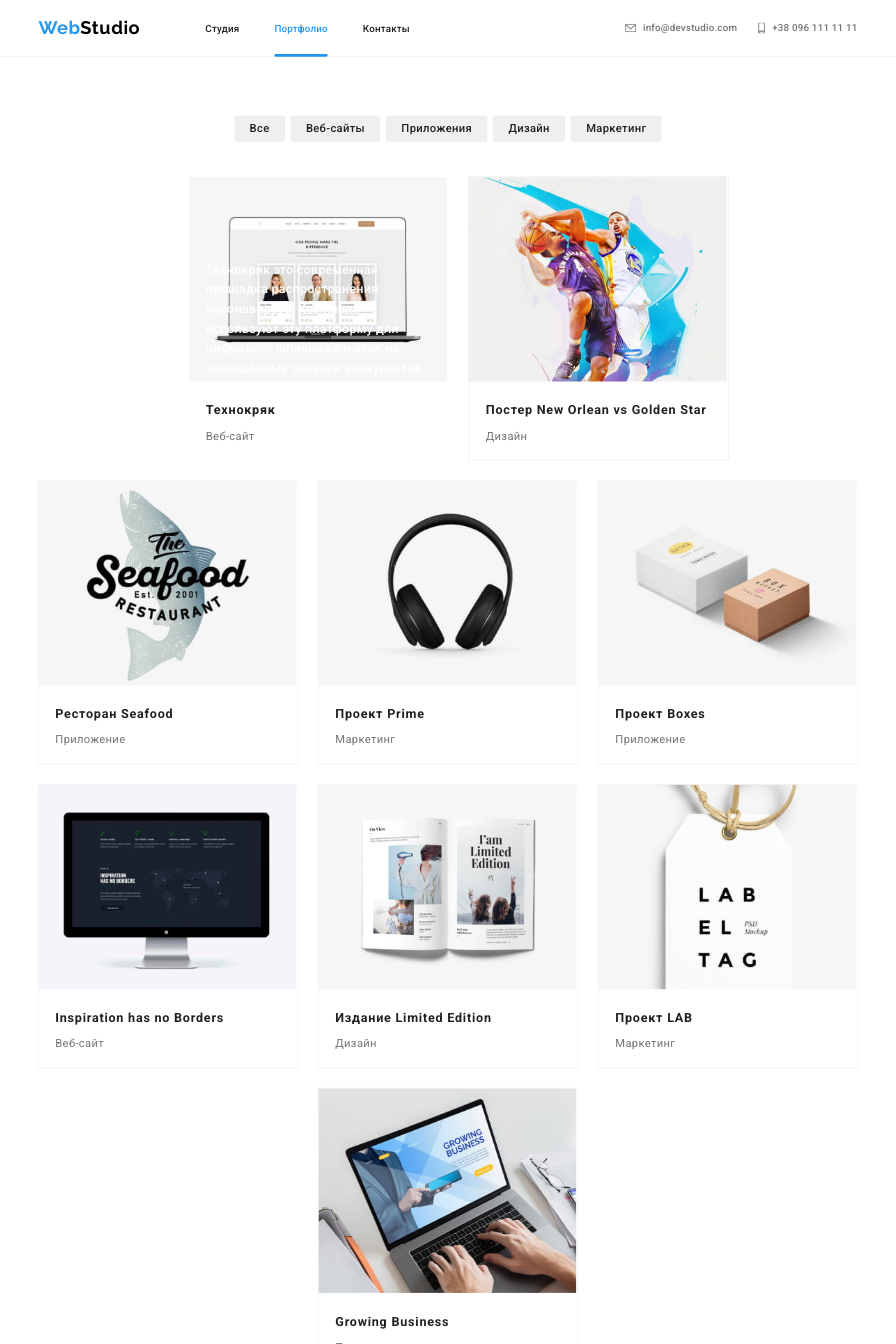
Repository: UliyaKucherernko/home-work-8
Page: porfolio.html
These files come from the project's save history. The page is drawn as it stood at one moment and after the next save; the edit follows.
The browser window is 1280 px wide. The pictures show the part of the page from y = 0 to 1920 px (the page is 2303 px tall before and 4234 px after), at 70% of full size.

Above is the page before, as saved 2021-04-13 23:50:19.

### porfolio.html
<!DOCTYPE html>
<html lang="en">
<head>
    <!-- Служебная информация -->
    <meta charset="UTF-8">
    <meta http-equiv="X-UA-Compatible" content="IE=edge">
    <meta name="viewport" content="width=device-width, initial-scale=1.0">
    <title>homework5</title>
    <link rel="preconnect" href="https://fonts.gstatic.com">
    <link href="https://fonts.googleapis.com/css2?family=Raleway:wght@700&family=Roboto:wght@400;500;700;900&display=swap" rel="stylesheet">
    <link rel="stylesheet" href="./css/styles.css">
</head>
<body>

   <header class="header">
      <div class="container">
         <!-- Шапка -->
         <nav class="navigation">
            <a class="link logo-header" href="index.html">
               <span class="web">Web</span><span class="studio">Studio</span></a>
            <ul class="list menu">
               <li class="menu-item">
                  <a href="./index.html" class="link link-title menu-link">Студия</a>
               </li>
               <li class="menu-item">
                  <a href="./porfolio.html" class="link link-title menu-link current">Портфолио</a>
               </li>
               <li class="menu-item">
                  <a class="link link-title menu-link" href="">Контакты</a>
               </li>
            </ul>
         </nav>
         <ul class="list header-adress">
            <li class="contact-item">
               <a class="link contact-links menu-adress" href="mailto:info@devstudio.com">
                  <svg class="icon-header" width="16" height="12">
                     <use href="./images/icons-sprite.svg#icon-mail"></use>
                  </svg>
                  info@devstudio.com
               </a>
            </li>
            <li class="contact-item">
               <a class="link contact-links menu-adress" href="tel:+380961111111">
                  <svg class="icon-header" width="10" height="16">
                     <use href="./images/icons-sprite.svg#icon-phone"></use>
                  </svg>
                  +38 096 111 11 11
               </a>
            </li>
         </ul>
      </div>
   </header>

     <!--что входит в портфолио-->
    <main>
      <section class="gallery">
         <div class="container">
          <ul class="list gallery-btns">
              <li><button class="button-filtr" type="button">Все</button></li>
              <li><button class="button-filtr" type="button">Веб-сайты</button></li>
              <li><button class="button-filtr" type="button">Приложения</button></li>
              <li><button class="button-filtr" type="button">Дизайн</button></li>
              <li><button class="button-filtr" type="button">Маркетинг</button></li>
          </ul>

          <ul class="list grid gallery-list">
<article class="gallery-card"></article>
            <div class="gallery-thumb">
               <div class="gallery-overlay">
                  <p class="gallery-text-overlay">Технокряк это современная площадка распространения коронавируса.
                     Компании используют эту платформу для цифрового
                  шпионажа и атак на защищённые сервера конкурентов.</p>
               </div>
                <li class="gallery-item"><img src="./images/1-monitor.jpg" alt="на мониторе 3 фотокарточки людей" width="368">
                <div class="gallery-names">
                <h3 class="filtrs">Технокряк</h3>
                <p class="main-filtrs">Веб-сайт</p>
                </div>
                </li>
               </div>

                <li class="gallery-item"><img src="./images/2-nba.jpg" alt="2 прня играют в баскетбол" width="368">
                <div class="gallery-names">
                  <h3 class="filtrs">Постер New Orlean vs Golden Star</h3>
                  <p class="main-filtrs">Дизайн</p>
                  </div>
                </li>
                <li class="gallery-item"><img src="./images/3-seafood.jpg" alt="рыбный ресторан" width="368">
                <div class="gallery-names">
                  <h3 class="filtrs">Ресторан Seafood</h3>
                  <p class="main-filtrs">Приложение</p>
                </div>
                  </li>
                  <li class="gallery-item"><img src="./images/4-prime.jpg" alt="наушники" width="368">
                     <div class="gallery-names">
                        <h3 class="filtrs">Проект Prime</h3>
                        <p class="main-filtrs">Маркетинг</p>
                     </div>
                  </li>
                  <li class="gallery-item"><img src="./images/5-boxes.jpg" alt="2 коробки разного размера" width="368">
                     <div class="gallery-names">
                        <h3 class="filtrs">Проект Boxes</h3>
                        <p class="main-filtrs">Приложение</p>
                     </div>
                  </li>
                  <li class="gallery-item"><img src="./images/6-borders.jpg" alt="монитор борд с картой мира" width="368">
                     <div class="gallery-names">
                        <h3 class="filtrs">Inspiration has no Borders</h3>
                        <p class="main-filtrs">Веб-сайт</p>
                     </div>
                  </li>
                  <li class="gallery-item"><img src="./images/7-magazine.jpg" alt="журнал" width="368">
                     <div class="gallery-names">
                        <h3 class="filtrs">Издание Limited Edition</h3>
                        <p class="main-filtrs">Дизайн</p>
                     </div>
                  </li>
                  <li class="gallery-item"><img src="./images/8-labels.jpg" alt="белая этикетка бирка" width="368">
                     <div class="gallery-names">
                        <h3 class="filtrs">Проект LAB</h3>
                        <p class="main-filtrs">Маркетинг</p>
                     </div>
                  </li>
                  <li class="gallery-item"><img src="./images/9-nout.jpg" alt="печатают на ноуте" width="368">
                     <div class="gallery-names">
                        <h3 class="filtrs">Growing Business</h3>
                        <p class="main-filtrs">Приложение</p>
                     </div>
                  </li>
                  </ul>
           </div>
     </section>
    </main>

   <!--подвал-->
   <footer class="footer-dark-bg">
      <div class="container">
         <div class="grid">
            <div class="grid-item-3">
               <a class="link footer-logo" href="index.html">
                  <span class="web">Web</span><span class="studio-footer">Studio</span></a>
               <address>
                  <ul class="footer-list">
                     <li><a href="" class="link footer-adress">г. Киев, пр-т Леси Украинки, 26</a></li>
                     <li><a href="mailto:info@example.com" class="link footer-social">info@example.com</a></li>
                     <li><a href="+380991111111" class="link footer-social">+38 099 111 11 11</a></li>
                  </ul>
               </address>
            </div>

            <div class="grid-item-3">
               <div class="card-footer">
                  <p class="f-sleng">присоединяйтесь</p>
               </div>
               <ul class="d-inline-flex">
                  <li class="social-icon-item">
                     <a href="" class="social-icon-link foo-icon">
                        <svg>
                           <use href="./images/icons-sprite.svg#icon-instagram"></use>
                        </svg>
                     </a>
                  </li>
                  <li class="social-icon-item">
                     <a href="" class="social-icon-link foo-icon">
                        <svg>
                           <use href="./images/icons-sprite.svg#icon-twitter"></use>
                        </svg>
                     </a>
                  </li>
                  <li class="social-icon-item">
                     <a href="" class="social-icon-link foo-icon">
                        <svg>
                           <use href="./images/icons-sprite.svg#icon-facebook"></use>
                        </svg>
                     </a>
                  </li>
                  <li class="social-icon-item">
                     <a href="" class="social-icon-link foo-icon">
                        <svg>
                           <use href="./images/icons-sprite.svg#icon-linkedin"></use>
                        </svg>
                     </a>
                  </li>
               </ul>
            </div>

         </div>
         <!-- <div class="card-footer-news">
                       <p class="news-title">подпишитесь на рассылку</p>
                     </div> -->
      </div>
   </footer>
   </body>

   </html>

Loaded but not shown: css/styles.css (844 lines, source omitted)

After the next save:
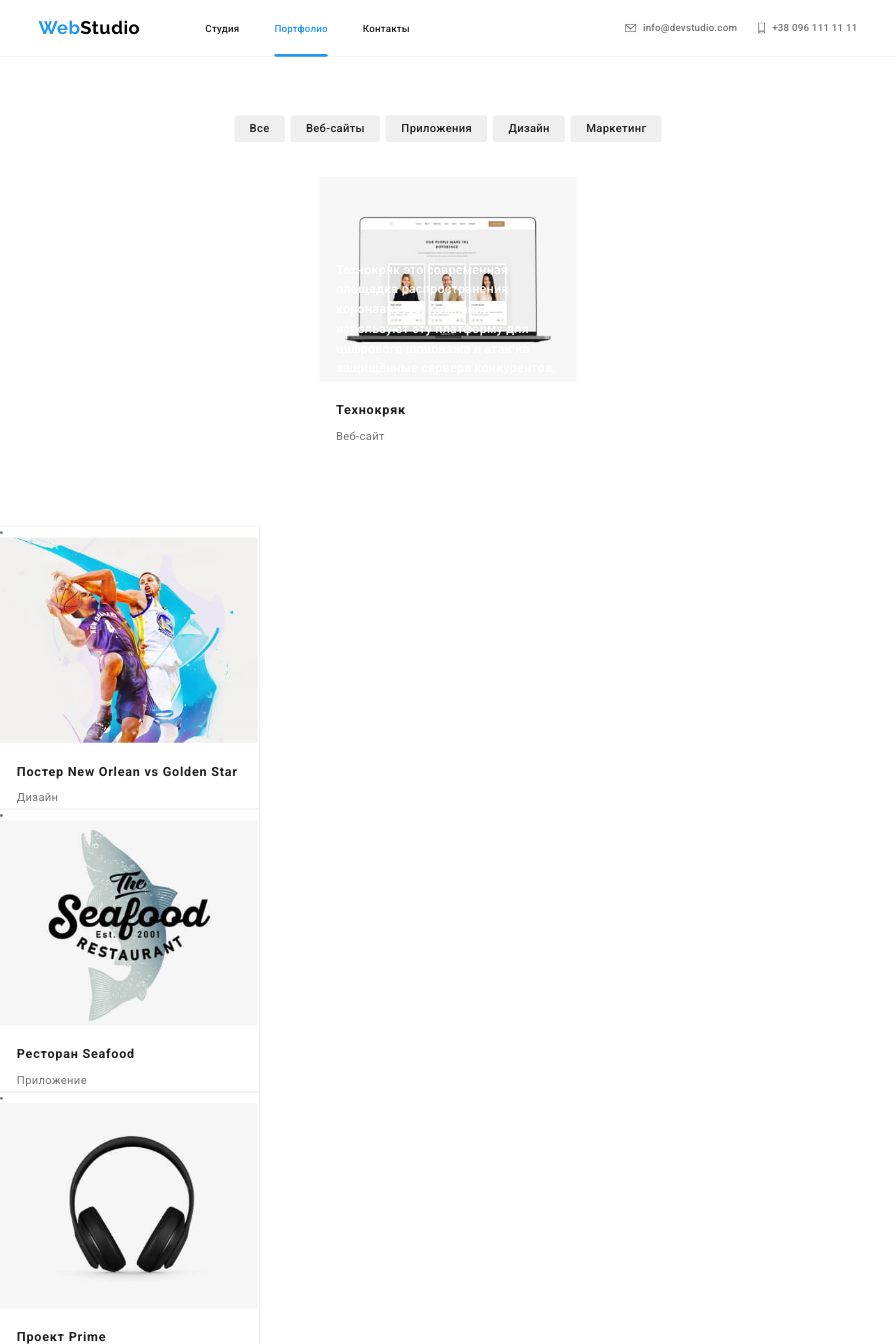
Saved 59 s later.
--- a/porfolio.html
+++ b/porfolio.html
@@ -64,19 +64,20 @@
           </ul>
 
           <ul class="list grid gallery-list">
-<article class="gallery-card"></article>
+<article class="gallery-card">
             <div class="gallery-thumb">
                <div class="gallery-overlay">
                   <p class="gallery-text-overlay">Технокряк это современная площадка распространения коронавируса.
                      Компании используют эту платформу для цифрового
                   шпионажа и атак на защищённые сервера конкурентов.</p>
                </div>
-                <li class="gallery-item"><img src="./images/1-monitor.jpg" alt="на мониторе 3 фотокарточки людей" width="368">
+                <img src="./images/1-monitor.jpg" alt="на мониторе 3 фотокарточки людей" width="368">
                 <div class="gallery-names">
                 <h3 class="filtrs">Технокряк</h3>
                 <p class="main-filtrs">Веб-сайт</p>
                 </div>
-                </li>
+               </article>
+
                </div>
 
                 <li class="gallery-item"><img src="./images/2-nba.jpg" alt="2 прня играют в баскетбол" width="368">
